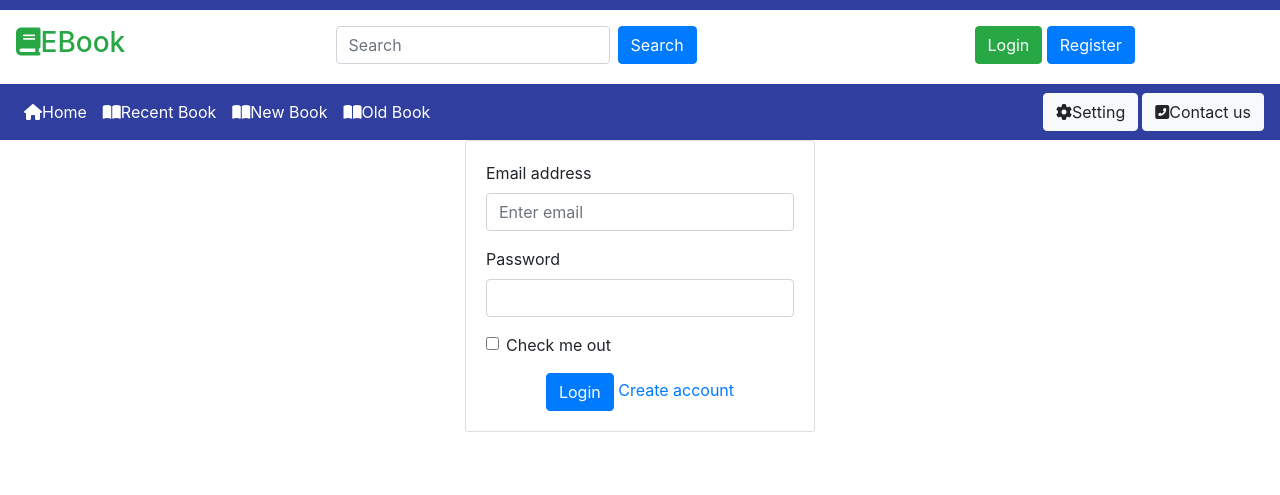
Repository: DaoThanhLam/eProjectKy4
Page: http://localhost/bookma_pro/login.jsp
An editor plug-in stored every save of this project. The page is shown before and after the next save, followed by the edit.
The browser window is 1280 px wide. The pictures show the whole page.
Some web libraries are served in a nearby version. The page is served by Tomcat 9.

Above is the page before, as saved 2024-11-16 08:28:44.

### bookma_pro/src/main/webapp/login.jsp
<%@ page language="java" contentType="text/html; charset=ISO-8859-1"
    pageEncoding="ISO-8859-1"%>
<!DOCTYPE html>
<html>
<head>
<meta charset="ISO-8859-1">
<title>Insert title here</title>
<%@include file="components/css.jsp"%>
</head>
<body>
<%@include file="components/navbar.jsp"%>

<div class="container">
	<div class="row">
		<div class="col-md-4 offset-md-4">
			<div class="card">
				<div class="card-body">
					<form>
  						<div class="form-group">
    						<label for="exampleInputEmail1">Email address</label>
    						<input type="email" class="form-control" id="exampleInputEmail1" aria-describedby="emailHelp" placeholder="Enter email">
  						</div>
  						<div class="form-group">
    						<label for="exampleInputPassword1">Password</label>
    						<input type="password" class="form-control" id="exampleInputPassword1">
  						</div>
  						<div class="form-group form-check">
    						<input type="checkbox" class="form-check-input" id="exampleCheck1">
    						<label class="form-check-label" for="exampleCheck1">Check me out</label>
  						</div>
  						<div class="text-center">
  							<button type="submit" class="btn btn-primary">Login</button>
  							<a href="register.jsp">Create account</a>
  						</div>
					</form>
				</div>
			</div>
		</div>
	</div>
</div>


</body>
</html>

### bookma_pro/src/main/webapp/components/css.jsp
<link rel="stylesheet" href="https://cdn.jsdelivr.net/npm/bootstrap@4.3.1/dist/css/bootstrap.min.css" integrity="sha384-ggOyR0iXCbMQv3Xipma34MD+dH/1fQ784/j6cY/iJTQUOhcWr7x9JvoRxT2MZw1T" crossorigin="anonymous">

<script src="https://code.jquery.com/jquery-3.3.1.slim.min.js" integrity="sha384-q8i/X+965DzO0rT7abK41JStQIAqVgRVzpbzo5smXKp4YfRvH+8abtTE1Pi6jizo" crossorigin="anonymous"></script>

<script src="https://cdn.jsdelivr.net/npm/popper.js@1.14.7/dist/umd/popper.min.js" integrity="sha384-UO2eT0CpHqdSJQ6hJty5KVphtPhzWj9WO1clHTMGa3JDZwrnQq4sF86dIHNDz0W1" crossorigin="anonymous"></script>

<script src="https://cdn.jsdelivr.net/npm/bootstrap@4.3.1/dist/js/bootstrap.min.js" integrity="sha384-JjSmVgyd0p3pXB1rRibZUAYoIIy6OrQ6VrjIEaFf/nJGzIxFDsf4x0xIM+B07jRM" crossorigin="anonymous"></script>

<link rel="stylesheet" href="https://cdnjs.cloudflare.com/ajax/libs/font-awesome/6.6.0/css/all.min.css" integrity="sha512-Kc323vGBEqzTmouAECnVceyQqyqdsSiqLQISBL29aUW4U/M7pSPA/gEUZQqv1cwx4OnYxTxve5UMg5GT6L4JJg==" crossorigin="anonymous" referrerpolicy="no-referrer" />

<link rel="stylesheet" href="components/style.css">

### bookma_pro/src/main/webapp/components/navbar.jsp
<div class="container-fluid" style="height: 10px; background-color: #303f9f"></div>

<div class="container-fluid p-3">
	<div class="row" >
		<div class="col-md-3 text-success">
			<h3><i class="fas fa-book"></i>EBook</h3>
		</div>
		<div class="col-md-6">
	  		<form class="form-inline my-2 my-lg-0">
      			<input class="form-control mr-sm-2" type="search" placeholder="Search" aria-label="Search">
      			<button class="btn btn-primary my-2 my-sm-0" type="submit">Search</button>
    		</form>
		</div>

			<div class="col-md-3">
			<a href="login.jsp" class="btn btn-success">Login</a>
			<a href="register.jsp" class="btn btn-primary text-white">Register</a>
			</div>

	</div>
</div>

<nav class="navbar navbar-expand-lg navbar-dark bg-custom">
  <button class="navbar-toggler" type="button" data-toggle="collapse" data-target="#navbarSupportedContent" aria-controls="navbarSupportedContent" aria-expanded="false" aria-label="Toggle navigation">
    <span class="navbar-toggler-icon"></span>
  </button>

  <div class="collapse navbar-collapse" id="navbarSupportedContent">
    <ul class="navbar-nav mr-auto">
      <li class="nav-item active">
        <a class="nav-link" href="#">
        	<i class="fas fa-home"></i>Home <span class="sr-only">(current)</span>
        </a>
      </li>
      <li class="nav-item active">
        <a class="nav-link" href="#"><i class="fas fa-book-open"></i>Recent Book</a>
      </li>
      <li class="nav-item active">
        <a class="nav-link" href="#"><i class="fas fa-book-open"></i>New Book</a>
      </li>

      <li class="nav-item active">
        <a class="nav-link disabled" href="#" tabindex="-1" aria-disabled="true"><i class="fas fa-book-open"></i>Old Book</a>
      </li>
    </ul>
    <form class="form-inline my-2 my-lg-0">
      <button class="btn btn-light my-2 my-sm-0" type="submit"><i class="fas fa-cog"></i>Setting</button>
      <button class="btn btn-light my-2 my-sm-0 ml-1" type="submit"><i class="fas fa-phone-square-alt"></i>Contact us</button>
    </form>
  </div>
</nav>

### bookma_pro/src/main/webapp/components/style.css
.bg-custom{
	background-color: #303f9f;
}
.navbar .nav-item:hover .nav-link{
	background-color: white;
	color:  #303f9f;
	border-radius: 10px;
}

After the next save:
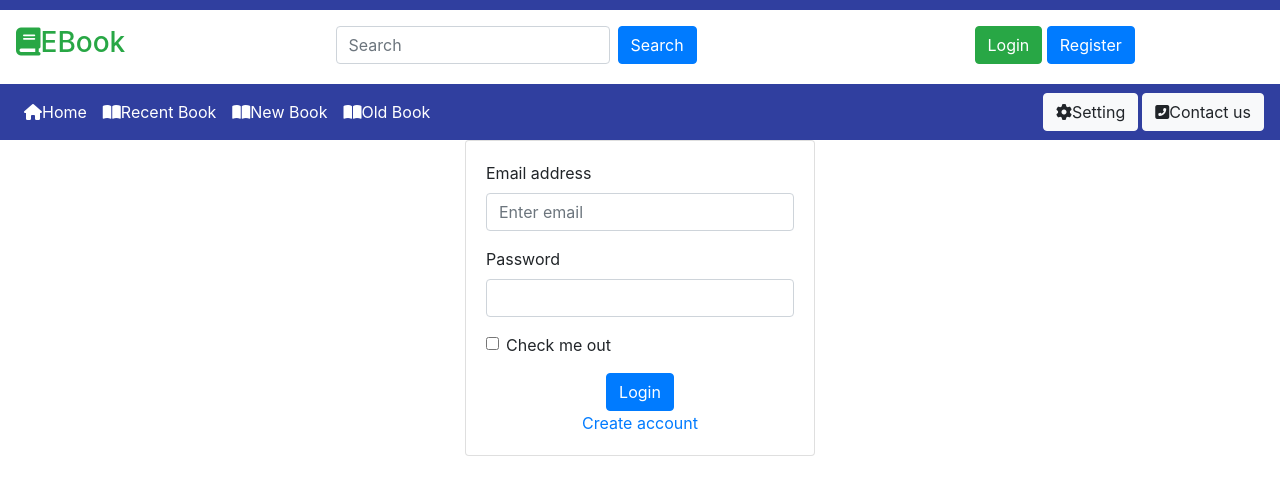
Saved 28 s later.
--- a/bookma_pro/src/main/webapp/login.jsp
+++ b/bookma_pro/src/main/webapp/login.jsp
@@ -29,7 +29,7 @@
     						<label class="form-check-label" for="exampleCheck1">Check me out</label>
   						</div>
   						<div class="text-center">
-  							<button type="submit" class="btn btn-primary">Login</button>
+  							<button type="submit" class="btn btn-primary">Login</button> <br>
   							<a href="register.jsp">Create account</a>
   						</div>
 					</form>
